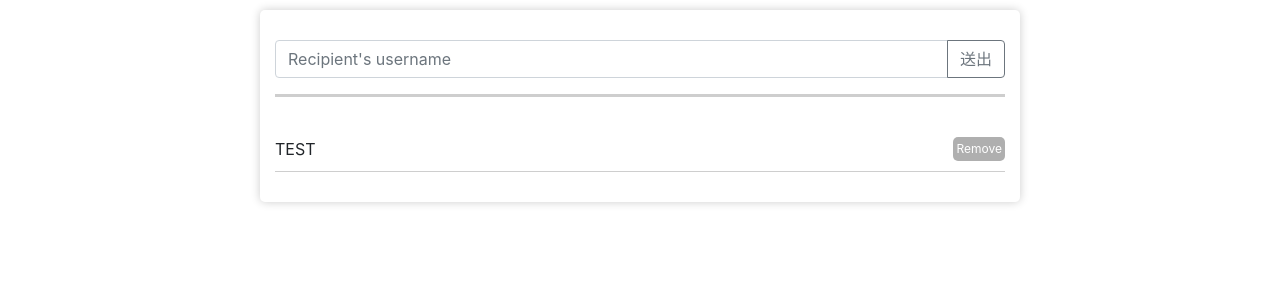
Repository: iian0910/vue3_todoList
Page: /
The author's editor kept a copy of each file at every save. The page is drawn from the files as they stood at one save, then again after the next save.
The browser window is 1280 px wide. The pictures show the whole page.
The project was rebuilt for these pictures with package versions that can differ from the ones it lists, and the page was loaded fresh each time.

Above is the page before, as saved 2021-02-23 16:17:26.

### src/App.vue
<template>
  <TodoList/>
</template>

<script lang="ts">
import { defineComponent } from 'vue'
import TodoList from './components/TodoList.vue'

export default defineComponent({
  name: 'App',
  components: {
    TodoList
  }
})
</script>

<style lang="scss">
@import './assets/scss/all';
</style>

### src/assets/scss/all.scss
@import '~bootstrap/scss/bootstrap.scss';
@import './helpers/variables';

### src/components/TodoList.vue
<template>
  <div class="container">
    <div class="row">
      <div class="col-8 offset-2 content">
        <!-- input 輸入框 -->
        <div class="input-group mb-3">
          <input
            type="text"
            class="form-control"
            placeholder="Recipient's username"
            v-model="newTodo">
          <div class="input-group-append">
            <button
              class="btn btn-outline-secondary"
              type="button"
              @click="addTodo">送出</button>
          </div>
        </div>
        <!---->

        <div class="segmentation"></div>

        <!-- List 展示 -->
        <ul class="list">
          <li class="list-item d-flex justify-content-between align-items-center" v-for="(todo, index) in todoList" :key="index">
            <label class="list-item-title m-0 p-0">{{todo.title}}</label>
            <div class="remove-list">Remove</div>
          </li>
        </ul>
        <!---->
      </div>
    </div>
  </div>
</template>
<script lang="ts">
import { defineComponent, reactive, ref } from 'vue'

interface Todo {
  // eslint-disable-next-line @typescript-eslint/member-delimiter-style
  id: string
  // eslint-disable-next-line @typescript-eslint/member-delimiter-style
  title: string
}

export default defineComponent({
  name: 'TodoList',
  setup () {
    // ref:
    // 可以接受「任何型態」的資料
    // 但是不會對「物件」或「陣列」內部的屬性變動做監聽

    // reactive
    // 「只接受」物件或陣列，可以做深層的監聽
    // 以及取得資料不需要 「.value」
    const newTodo = ref('')
    const todoList = reactive([{
      id: '001',
      title: 'TEST'
    }])

    // methods
    function addTodo () {
      if (newTodo.value) {
        todoList.push({
          id: Math.floor(Date.now()).toString(),
          title: newTodo.value
        })
        newTodo.value = ''
      }
    }

    // return
    return {
      todoList,
      newTodo,
      addTodo
    }
  }
})
</script>

<style lang="scss">
.content{
  padding: 30px;
  margin: 10px auto;
  border-radius: 5px;
  box-shadow: 0px 0px 10px 0px rgba(0, 0, 0, 0.2);
}
.segmentation{
  margin-bottom: 30px;
  border-bottom: 3px solid rgb(206, 206, 206);
}
.list{
  padding: 0;
  margin: 0;
  list-style: none;
}
.list-item{
  padding: 10px 0;
  margin-bottom: 0;
  border-bottom: 1px solid rgb(206, 206, 206);
}
.remove-list{
  padding: 3px;
  border-radius: 5px;
  background-color: rgb(175, 175, 175);
  font-size: 12px;
  color: white;
  cursor: pointer;
  &:hover{
    background-color: rgb(250, 75, 113);
  }
}
</style>

Loaded but not shown: public/index.html (common file); src/main.ts (common file); src/assets/scss/helpers/_variables.scss (1146 lines, source omitted)

After the next save:
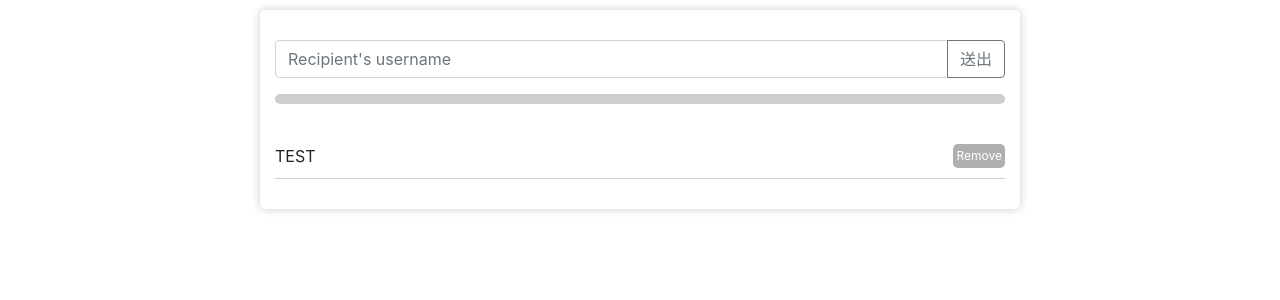
Saved 21 s later.
--- a/src/components/TodoList.vue
+++ b/src/components/TodoList.vue
@@ -88,7 +88,8 @@ export default defineComponent({
 }
 .segmentation{
   margin-bottom: 30px;
-  border-bottom: 3px solid rgb(206, 206, 206);
+  border-bottom: 10px solid rgb(206, 206, 206);
+  border-radius: 5px;
 }
 .list{
   padding: 0;
